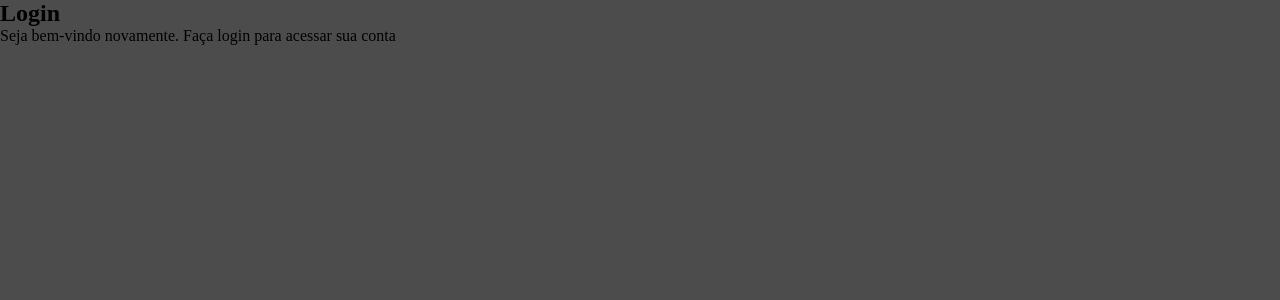
Repository: jorgprado/exec-pro-login
Page: index.html
These files come from the project's save history. The page is drawn as it stood at one moment and after a run of saves; the edit follows.
The browser window is 1280 px wide. The pictures show the whole page.

Above is the page before, as saved 2023-05-26 17:46:15.

### index.html
<!DOCTYPE html>
<html lang="en">
<head>
    <meta charset="UTF-8">
    <meta http-equiv="X-UA-Compatible" content="IE=edge">
    <meta name="viewport" content="width=device-width, initial-scale=1.0">
    <link rel="stylesheet" href="estilos/style.css">
    <title>Document</title>
</head>
<body>

    <main>
        <section id="login">

            <div id="imagem">

            </div>
            <div id="formulario">
                <h1>Login</h1>
                <p>Seja bem-vindo novamente. Faça login para acessar sua conta</p>
                <form action="login.php" method="post">

                </form>
            </div>

        </section>
    </main>

</body>
</html>

### estilos/style.css
@charset "UTF-8";

:root {
    --corBotao: #81942C;
    --corBG: #AF5AE0;
}

*{
    padding: 0;
    margin: 0;
}

body{
    background-color: rgb(77, 76, 76);
}

After the next 2 saves:
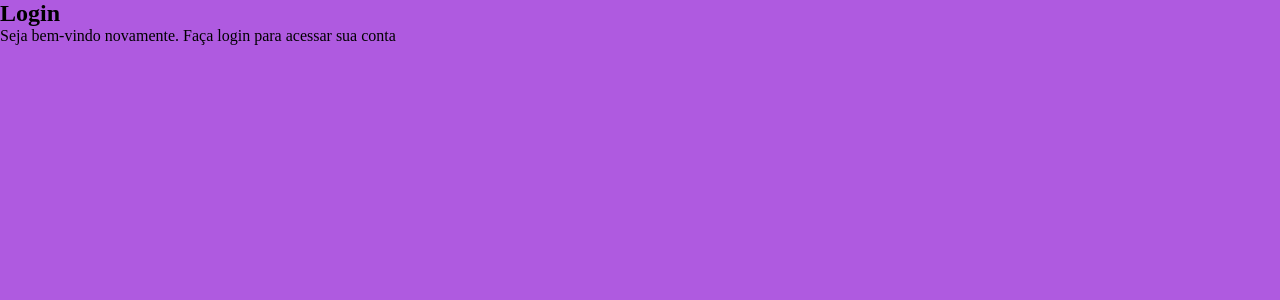
The 2 saves are shown as one change because they came seconds apart.
The last was saved 11 s later.
--- a/estilos/style.css
+++ b/estilos/style.css
@@ -11,5 +11,5 @@
 }
 
 body{
-    background-color: rgb(77, 76, 76);
+    background-color: var(--corBG);
 }
